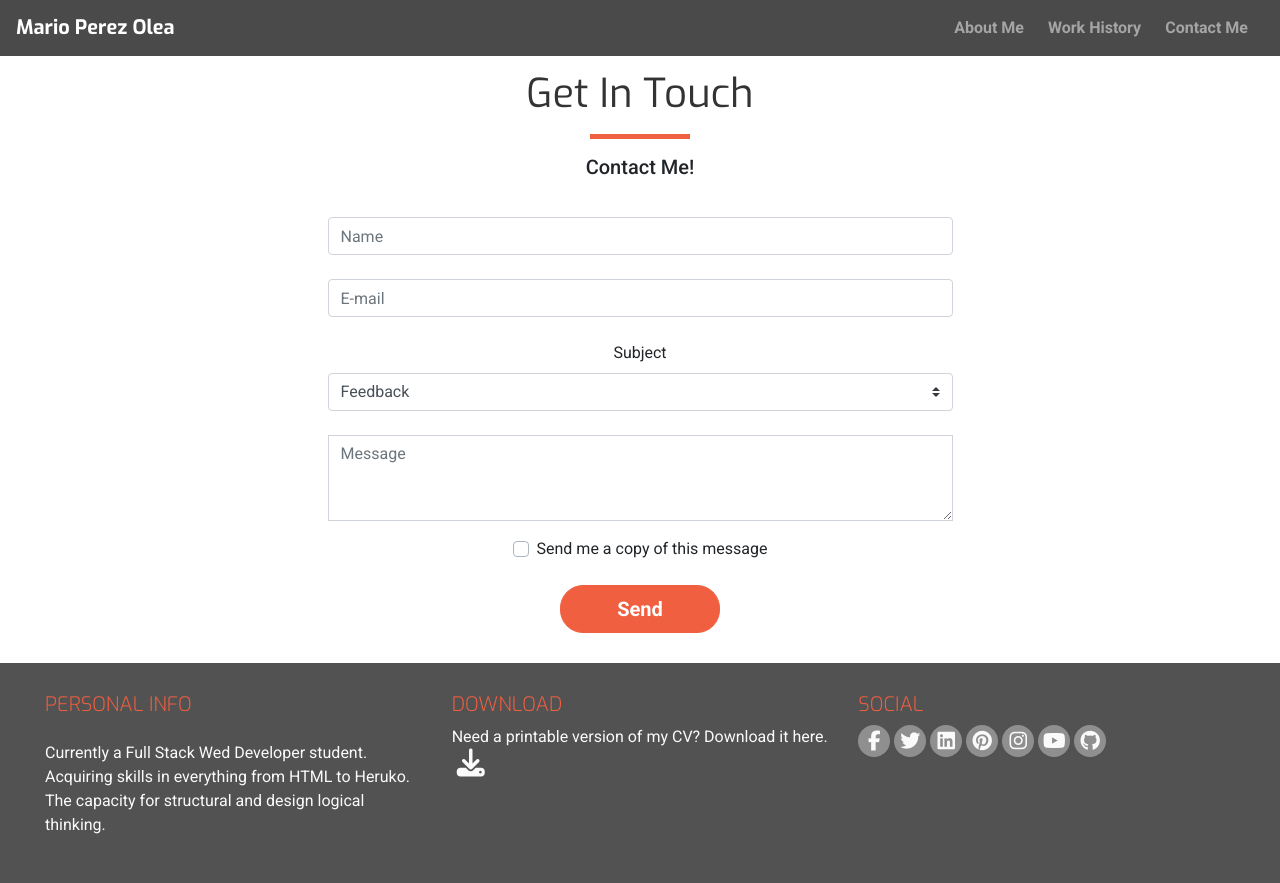
Repository: Supermario78/my-first-milestone-project
Page: contact.html
The author's editor kept a record of every edit. The page is drawn from the files as they stood at one moment, then again after the next edit.
The browser window is 1280 px wide. The pictures show the whole page.
Some web libraries are served in a nearby version.

Above is the page before.

### contact.html
<!DOCTYPE html>
<html lang="en">

<head>
    <meta charset="UTF-8">
    <meta name="viewport" content="width=device-width, initial-scale=1.0">
    <meta http-equiv="X-UA-Compatible" content="ie=edge">
    <link rel="stylesheet" href="https://stackpath.bootstrapcdn.com/bootstrap/4.3.1/css/bootstrap.min.css" type="text/css" />
    <link rel="stylesheet" href="https://stackpath.bootstrapcdn.com/font-awesome/4.7.0/css/font-awesome.min.css" type="text/css" />
    <link href="https://fonts.googleapis.com/css?family=Roboto:400,700&display=swap" rel="stylesheet">
    <script src="https://kit.fontawesome.com/2890cdb4fa.js"></script>
    <link rel="stylesheet" href="assets/css/style.css" type="text/css" />
    <title>Personal Profile | Mario Perez Olea</title>
</head>

<body>
    <section class="container-fluid fixed-top">
        <div class="navalert-container navbar-contact">
            <nav class="navbar navbar-dark navbar-expand-sm">
                <a href="index.html" class="navbar-brand">Mario Perez Olea</a>

                <button class="navbar-toggler ml-auto" type="button" data-toggle="collapse" data-target="#navbarNavDropdown" aria-controls="navbarNavDropdown" aria-expanded="false" aria-label="Toggle navigation">
        <span class="navbar-toggler-icon"></span></button>

                <div class="collapse navbar-collapse" id="navbarNavDropdown">
                    <ul class="navbar-nav ml-auto">
                        <li class="nav-item mr-2"><a class="nav-link" href="index.html#about-me">About Me</a></li>
                        <li class="nav-item mr-2"><a class="nav-link" href="work-history.html" class="hvr-sweep-to-bottom">Work History</a></li>
                        <li class="nav-item mr-2"><a class="nav-link" href="contact.html">Contact Me</a></li>
                    </ul>
                </div>
            </nav>
        </div>
    </section>

    <section class="container-fluid">
        <div class="row bg-color-contact-section">
            <div class="col">
                <h3 class="contact-heading text-center">Get In Touch</h3>
                <hr class="block-divider block-divider--orange">

                <h5 class="text-center">Contact Me!</h5>

                <div class="center-form text-center">
                    <!-- Name -->
                    <input type="text" id="defaultContactFormName" class="form-control mb-4" placeholder="Name">

                    <!-- Email -->
                    <input type="email" id="defaultContactFormEmail" class="form-control mb-4" placeholder="E-mail">

                    <!-- Subject -->
                    <label>Subject</label>
                    <select class="browser-default custom-select mb-4">
                        <option value="" disabled>Choose option</option>
                        <option value="1" selected>Feedback</option>
                        <option value="2">Report a bug</option>
                        <option value="3">Request Colaboration</option>
                        <option value="4">Job Prospect</option>
                        <option value="5">Other</option>
                    </select>

                    <!-- Message -->
                    <div class="form-group">
                        <textarea class="form-control rounded-0" id="exampleFormControlTextarea2" rows="3" placeholder="Message"></textarea>
                    </div>

                    <!-- Copy -->
                    <div class="custom-control custom-checkbox mb-4">
                        <input type="checkbox" class="custom-control-input" id="defaultContactFormCopy">
                        <label class="custom-control-label" for="defaultContactFormCopy">Send me a copy of this message</label>
                    </div>

                    <!-- Send button -->
                    <button class="btn btn-lg btn--cta btn--red" type="submit">Send</button>

                    </form>
                </div>
            </div>
        </div>
    </section>
    <!-----------------  footer -------->

    <footer class="container-fluid">
        <div id="footer-details" class="row footer-contact">
            <div class="col-sm-4 bg-color-personal-info section-column">
                <div class="row">
                    <div class="col-12">
                        <h5 class="uppercase general-sub">Personal Info</h5>
                    </div>
                </div>
                <div class="personal-info-item">
                    <div class="key">
                        <p>

                        </p>
                    </div>
                    <div class="value">
                        <p>

                        </p>
                    </div>
                </div>

                <p class="inline-block">
                    Currently a Full Stack Wed Developer student. Acquiring skills in everything from HTML to Heruko. The capacity for structural and design logical thinking.
                </p>
            </div>
            <div class="col-sm-4">
                <h5 class="uppercase general-sub">Download</h5>
                <p class="inline-block">
                    Need a printable version of my CV? Download it here.
                    <a href="assets/images/sample-cv.pdf" target="_blank" class="cv-pdf">
                        <i class="fa fa-download" aria-hidden="true"></i>
                        <span class="sr-only">Donwload link.</span>
                    </a>
                </p>
            </div>
            <div class="col-sm-4">
                <h5 class="uppercase general-sub">Social</h5>
                <ul class="list-inline social-links">
                    <li class="list-inline-item">
                        <a target="_blank" href="https://www.facebook.com/mpolea">
                            <i class="fab fa-facebook-f" aria-hidden="true"></i>
                            <span class="sr-only">Facebook</span>
                        </a>
                    </li>
                    <li class="list-inline-item">
                        <a target="_blank" href="https://twitter.com/MJAPO_2013">
                            <i class="fab fa-twitter" aria-hidden="true"></i>
                            <span class="sr-only">Twitter</span>
                        </a>
                    </li>
                    <li class="list-inline-item">
                        <a target="_blank" href="https://www.linkedin.com/in/marioperezolea/">
                            <i class="fab fa-linkedin" aria-hidden="true"></i>
                            <span class="sr-only">LinkedIn</span>
                        </a>
                    </li>
                    <li class="list-inline-item">
                        <a target="_blank" href="#">
                            <i class="fab fa-pinterest" aria-hidden="true"></i>
                            <span class="sr-only">Pinterest</span>
                        </a>
                    </li>
                    <li class="list-inline-item">
                        <a target="_blank" href="#">
                            <i class="fab fa-instagram" aria-hidden="true"></i>
                            <span class="sr-only">Instagram</span>
                        </a>
                    </li>
                    <li class="list-inline-item">
                        <a target="_blank" href="https://www.youtube.com/channel/UCkFh0lc0NAoH8dJ1NBmKNEQ">
                            <i class="fab fa-youtube" aria-hidden="true"></i>
                            <span class="sr-only">Youtube</span>
                        </a>
                    </li>
                    <li class="list-inline-item">
                        <a target="_blank" href="https://github.com/Supermario78">
                            <i class="fab fa-github" aria-hidden="true"></i>
                            <span class="sr-only">GitHub</span>
                        </a>
                    </li>
                </ul>
            </div>
        </div>
        </div>
    </footer>
    <!-------- /. footer ------->

    <div class="modal" tabindex="-1" role="dialog" id="getintouchModal">
        <div class="modal-dialog" role="document">
            <div class="modal-content">
                <div class="modal-header">
                    <h5 class="modal-title">Get In Touch</h5>
                    <button type="button" class="close" data-dismiss="modal" aria-label="Close">
                        <span aria-hidden="true">&times;</span>
                    </button>
                </div>
                <!-- Default form contact -->
                <form class="text-center border border-light p-5" action="#!">

                    <p class="h4 mb-4">Contact Me!</p>

                    <!-- Name -->
                    <input type="text" id="defaultContactFormName" class="form-control mb-4" placeholder="Name">

                    <!-- Email -->
                    <input type="email" id="defaultContactFormEmail" class="form-control mb-4" placeholder="E-mail">

                    <!-- Subject -->
                    <label>Subject</label>
                    <select class="browser-default custom-select mb-4">
                        <option value="" disabled>Choose option</option>
                        <option value="1" selected>Feedback</option>
                        <option value="2">Report a bug</option>
                        <option value="3">Request Colaboration</option>
                        <option value="4">Job Prospect</option>
                    </select>

                    <!-- Message -->
                    <div class="form-group">
                        <textarea class="form-control rounded-0" id="exampleFormControlTextarea2" rows="3" placeholder="Message"></textarea>
                    </div>

                    <!-- Copy -->
                    <div class="custom-control custom-checkbox mb-4">
                        <input type="checkbox" class="custom-control-input" id="defaultContactFormCopy">
                        <label class="custom-control-label" for="defaultContactFormCopy">Send me a copy of this message</label>
                    </div>

                    <!-- Send button -->
                    <button class="btn btn-lg btn--cta btn--red" type="submit">Send</button>

                </form>
                <!-- Default form contact -->
            </div>
        </div>
    </div>

    <script src="https://code.jquery.com/jquery-3.3.1.slim.min.js" integrity="sha384-q8i/X+965DzO0rT7abK41JStQIAqVgRVzpbzo5smXKp4YfRvH+8abtTE1Pi6jizo" crossorigin="anonymous"></script>
    <script src="https://cdnjs.cloudflare.com/ajax/libs/popper.js/1.14.7/umd/popper.min.js" integrity="sha384-UO2eT0CpHqdSJQ6hJty5KVphtPhzWj9WO1clHTMGa3JDZwrnQq4sF86dIHNDz0W1" crossorigin="anonymous"></script>
    <script src="https://stackpath.bootstrapcdn.com/bootstrap/4.3.1/js/bootstrap.min.js" integrity="sha384-JjSmVgyd0p3pXB1rRibZUAYoIIy6OrQ6VrjIEaFf/nJGzIxFDsf4x0xIM+B07jRM" crossorigin="anonymous"></script>

</body>

</html>

### assets/css/style.css
@import url('https://fonts.googleapis.com/css?family=Roboto:100,200,300,400,500,600,700|Exo:100,200,300,400,500,600,700');

body {
	font-family: 'Roboto', sans-serif;
}

.bg-color-name-history-title {
	background-color: #676767;
}

.bg-color-work-history {
	background-color: #e84610;
}

.contact-heading {
	color: #333;
	text-align: center;
	font-family: "Exo", sans-serif;
	font-weight: 400;
	font-size: 40px;
	position: relative;
	margin-top: 70px;
}

.center-form {
	padding-top: 10px;
	margin: 0 auto;
	max-width: 70%;
}

.history-name {
	font-family: "Exo", sans-serif;
	font-weight: 100px;
	font-size: 28px;
	margin-top: 20px;
	color: #f05f40;
}

.list-inline-item:not(:last-child) {
	margin: 0;
}

.menucontainer {
	font-size: 0;
}

#nav {
	margin: 0;
}

#nav li {
	font-size: 14px;
	padding: 0;
}

.menuitem {
	height: 90px;
	text-align: center;
	padding: 0;
}

.menuitem a {
	width: 100%;
	text-decoration: none;
	color: #fff;
	height: 90px;
}

.menuitem a i {
	padding-top: 22px;
	display: block;
	color: #fafafa;
	font-size: 26px;
}

.menuitem span {
	display: block;
	width: 100%;
	padding-top: 5px;
	text-align: center;
	text-transform: uppercase;
	font-size: 14px;
	font-weight: 300;
	letter-spacing: 2px;
}

#nav li:hover {
	color: #fafafa;
	background: #e84610;
	transition: all 0.5s ease-in-out;
	-moz-transition: all 0.5s ease-in-out;
	-webkit-transition: all 0.5s ease-in-out;
	-o-transition: all 0.5s ease-in-out;
}

.welcome-container {
	height: 100vh;

	background: url("../images/landscape.jpeg") no-repeat bottom right fixed;
	-webkit-background-size: cover;
	-moz-background-size: cover;
	-o-background-size: cover;
	background-size: cover;

	display: flex;
	align-items: center;
	justify-content: center;

	position: relative;
}


.opaque-overlay {
	position: absolute;
	top: 0;
	left: 0;
	height: 100%;
	width: 100%;
	background-color: rgba(0, 0, 0, 0.5);
}

.video-container {
	display: flex;
	align-items: center;
	justify-content: center;
	margin-top: 50px;
	margin-bottom: 15px;
}


/* -------------- Special paddings/margins/text ------ */

/* -------------- Block dividers ------ */

.block-divider {
	width: 100px;
	height: 5px;
	border: 0;
}

.block-divider--orange {
	background-color: #f05f40;
}

.block-divider--short {
	width: 35px;
}

/* --------------- Navbar ------------- */

.navalert-container {
	position: absolute;
	top: 0;
	left: 0;
	padding-left: 0;
	padding-right: 0;
}

.navbar {
	margin-bottom: 0;
	border: 0;
	width: 100%;
	background-color: rgba(0, 0, 0, 0.1);
	z-index: 1;
}

.navbar-work,
.navbar-contact {
	position: fixed;
	margin-bottom: 20px;
	border: 0;
	width: 100%;
	background-color: #525252;
	z-index: 1;
}

.navbar-work {
	position: fixed;
}

.navbar .navbar-toggler {
	border: 0;
}

.navbar-brand {
	font-family: "Exo";
	sans-serif;
	color: #fff;
	font-weight: bold;
}

.navbar-dark .navbar-brand:hover {
    color: #e84610;
}

.navbar .navbar-nav a {
	color: #fff;
	font-weight: bold;
}


/* --------------  Jumbotron ------------*/

.jumbotron {
	background-color: transparent;
}

.jumbotron-header {
	font-family: "Exo";
	sans-serif;
	color: #fff;
	font-weight: 400;
	font-size: 46px;
	margin-top: 50px;
	margin-bottom: 30px;
}

.jumbotron .lead {
	font-family: "Roboto";
	sans-serif;
	margin: 25px;
	color: #fff;
	margin-bottom: 30px;
}

/* ----------------. Buttons ------------- */

.btn--cta {
	font-weight: bold;
	border-radius: 23px;
	width: 160px;
}

.btn--red {
	color: white;
	background-color: #f05f40;
	border-color: #f05f40;
}


.btn--red:hover,
.btn--red:active,
.btn--red:focus,
.btn--red:active:focus {
	background-color: #df4929;
	border-color: #df4929;
	color: white;
}

.history-heading,
.section-heading {
	color: #333;
	text-align: center;
	font-family: "Exo", sans-serif;
	font-weight: 400;
	font-size: 40px;
	position: relative;
	margin: 30px 0 60px;

}

.section-heading::after {
	content: "";
	width: 100px;
	position: absolute;
	margin: 0 auto;
	height: 5px;
	background: #f05f40;
	left: 0;
	right: 0;
	bottom: -10px;
}


.logo {
	background: url("../images/mario-pic2.jpg");
	background-position: center;
	background-repeat: no-repeat;
	background-size: cover;
	min-height: 360px;
	transition: all .5s ease-in-out;
	-moz-transition: all .5s ease-in-out;
	-webkit-transition: all .5s ease-in-out;
	-o-transition: all .5s ease-in-out;
}

/* --------------------- Media Queries -------------*/
.mobile-view {
	display: none;
}

@media screen and (max-width: 600px) {
	.mobile-view {
		display: block;
	}
	.desktop-view {
		display: none;
	}
}

@media(min-width: 992px) {
	.center-form {
		padding-top: 30px;
		min-height: 240px;
		margin: 0 auto;
		max-width: 50%;
	}
}

/* --------------------- Carousel -------------*/

h2 {
	color: #333;
	text-align: center;
	font-family: "Exo", sans-serif;
	font-weight: 400;
	font-size: 40px;
	position: relative;
	margin: 30px 0 60px;
}

h2::after {
	content: "";
	width: 100px;
	position: absolute;
	margin: 0 auto;
	height: 5px;
	background: #f05f40;
	left: 0;
	right: 0;
	bottom: -10px;
}

.col-center {
	margin: 0 auto;
	float: none !important;
}

.carousel {
	margin: 50px auto;
	padding: 0 70px;
}

.carousel .item {
	color: #999;
	font-size: 14px;
	text-align: center;
	overflow: hidden;
	min-height: 290px;
}

.carousel .item .img-box {
	width: 135px;
	height: 135px;
	margin: 0 auto;
	padding: 5px;
	border: 1px solid #ddd;
	border-radius: 50%;
}

.carousel .img-box img {
	width: 100%;
	height: 100%;
	display: block;
	border-radius: 50%;
}

.carousel .testimonial {
	padding: 20px 0 10px;
}

.carousel-item .testimonial:before {
	content: "\f10d";
	font-family: 'Fontawesome';
	float: left;
	margin-right: 10px;
}

.carousel .overview {
	font-style: italic;
}

.carousel .overview b {
	text-transform: uppercase;
	color: #f05f40;
}

.carousel .carousel-control {
	width: 40px;
	height: 40px;
	margin-top: -20px;
	top: 50%;
	background: none;
}

.carousel-control i {
	font-size: 68px;
	line-height: 42px;
	position: absolute;
	display: inline-block;
	color: rgba(0, 0, 0, 0.8);
	text-shadow: 0 3px 3px #e6e6e6, 0 0 0 #000;
}

.carousel .carousel-indicators {
	bottom: -40px;
}

.carousel-indicators li,
.carousel-indicators li.active {
	width: 10px;
	height: 10px;
	margin: 1px 3px;
	border-radius: 50%;
}

.carousel-indicators li {
	background: #999;
	border-color: transparent;
	box-shadow: inset 0 2px 1px rgba(0, 0, 0, 0.2);
}

.carousel-indicators li.active {
	background: #555;
	box-shadow: inset 0 2px 1px rgba(0, 0, 0, 0.2);
}

/* ------------------------------ Footer ------ */

.footer-contact {
	margin-top: 30px;
	margin-bottom: 0px;

}

.uppercase {
	text-transform: uppercase;
}

.general-sub {
	font-family: "Exo";
	sans-serif;
	font-weight: 300;
	color: #f05f40;
}

.inline-block {
	display: inline-block;
}

footer {
	background-color: #525252;
	color: #fafafa;
	min-height: 120px;
	margin: 0;
}

.cv-pdf i {
	font-size: 28px;
	color: #fafafa;
	text-align: center;
	padding-left: 5px;
	transition: all 0.5s ease-in-out;
	-moz-transition: all 0.5s ease-in-out;
	-webkit-transition: all 0.5s ease-in-out;
	-o-transition: all 0.5s ease-in-out;
}

.cv-pdf i:hover {
	color: #e84610;
}


#footer-details {
	padding: 30px;
}

.social-links {
	padding-bottom: 15px;
}

.social-links li a i {
	width: 32px;
	height: 32px;
	padding: 12px 0;
	border-radius: 50%;
	font-size: 20px;
	line-height: 7px;
	text-align: center;
	color: #fafafa;
	background: #8f8f8f;
	transition: all 0.5s ease-in-out;
	-moz-transition: all 0.5s ease-in-out;
	-webkit-transition: all 0.5s ease-in-out;
	-o-transition: all 0.5s ease-in-out;
}

.social-links li a i:hover {
	background: #e84610;
}

.social-links li a i.fab.fa-facebook-f:hover {
	background-color: #3b5998;
}

.social-links li a i.fab.fa-twitter:hover {
	background-color: #38A1F3;
}

.social-links li a i.fab.fa-linkedin:hover {
	background-color: #0077B5;
}

.social-links li a i.fab.fa-pinterest:hover {
	background-color: #c8232c;
}

.social-links li a i.fab.fa-instagram:hover {
	background-color: #c13584;
}

.social-links li a i.fab.fa-youtube:hover {
	background-color: #c4302b;
}

.social-links li a i.fab.fa-github:hover {
	background-color: #211f1f;
}

/* -------------------------------------------------Three Points */

.three-points-icon {
	font-size: 26px;
	color: #f05f40;
}

.section-heading {
	color: #333;
	font-family: "Exo", sans-serif;
	font-weight: 400;
	font-size: 40px;
	position: relative;
	margin: 30px 0 60px;
}

.three-points-heading {
	margin-bottom: 15px;
}

.navbar-brand-history {
	color: #f05f40;
	font-family: "Exo", sans-serif;
	font-weight: 400;
	font-size: 24px;
}

.navbar-history {
	background-color: #525252;
	color: #fafafa;
}

.history-section {
	height: 100vh;
	margin: 60px 20px;
}

/* --------------- Working History ------------- */

.history-heading {
	color: #fafafa;
}

.history-heading::after {
	content: "";
	width: 100px;
	position: absolute;
	margin: 0 auto;
	height: 5px;
	background: #fafafa;
	left: 0;
	right: 0;
	bottom: -10px;
}

.timeline-item {
	padding :4em 2em 0em 2em;
	position: relative;
	color: #fafafa;
	border-left: 1px solid;
}

.timeline-item p {
	padding: 0;
	margin: 0;
}

.timeline-item:before {
	content: attr(data-dates);
	position: absolute;
	left: 2.5em;
	top: 3em;
	display: block;
	font-family: "Exo" , sans-serif;
	font-weight: 500;
	font-size: 0.8em;
	padding: 0;
	margin: 0;
}

.timeline-item:after {
	width: 12px;
	height: 12px;
	display: block;
	top: 2.4em;
	position: absolute;
	left: -6px;
	border-radius: 12px;
	content: '';
	background: #fafafa;
}

.history-items {
margin-bottom: 30px;
}

.history-body {
	margin-top: 40px;
}


/* --------------- Skills ------------- */

.progress {
	position: relative;
	height: 25px;
	margin-bottom: 4px;
}

.progress-type {
	position: absolute;
	left: 0px;
	font-weight: 400;
	padding: 3px 30px 2px 10px;
	color: #fafafa;
	background-color: rgba(25, 25, 25, 0.2)
}

.progress-section {
	margin: 40px 20px;
}

/* --------------- Footer Personal Info. ------------- */

.personal-info-item {

}

After the next edit:
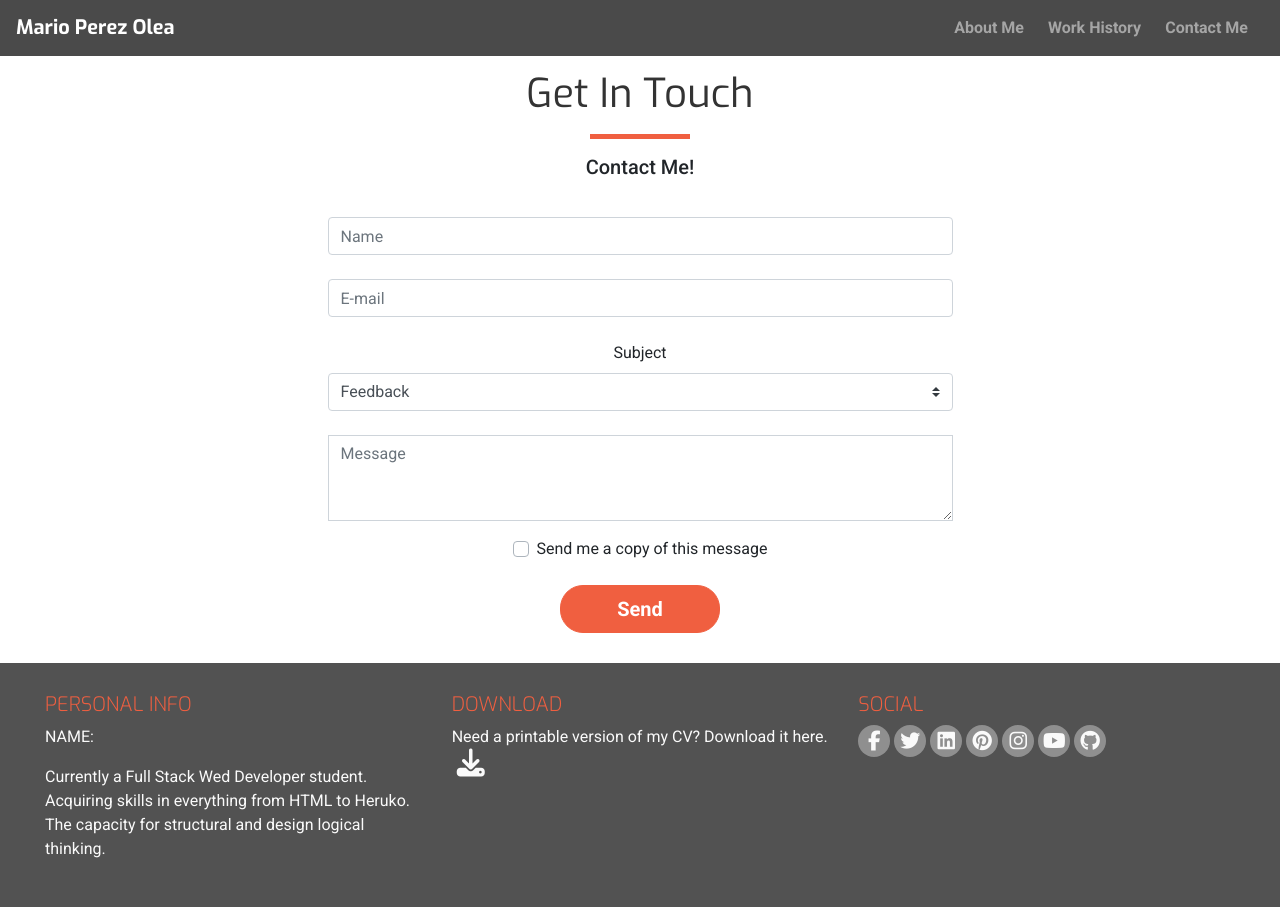
The edit:
--- a/contact.html
+++ b/contact.html
@@ -90,8 +90,8 @@
                 </div>
                 <div class="personal-info-item">
                     <div class="key">
-                        <p>
-
+                        <p class="uppercase">
+                            Name:
                         </p>
                     </div>
                     <div class="value">
